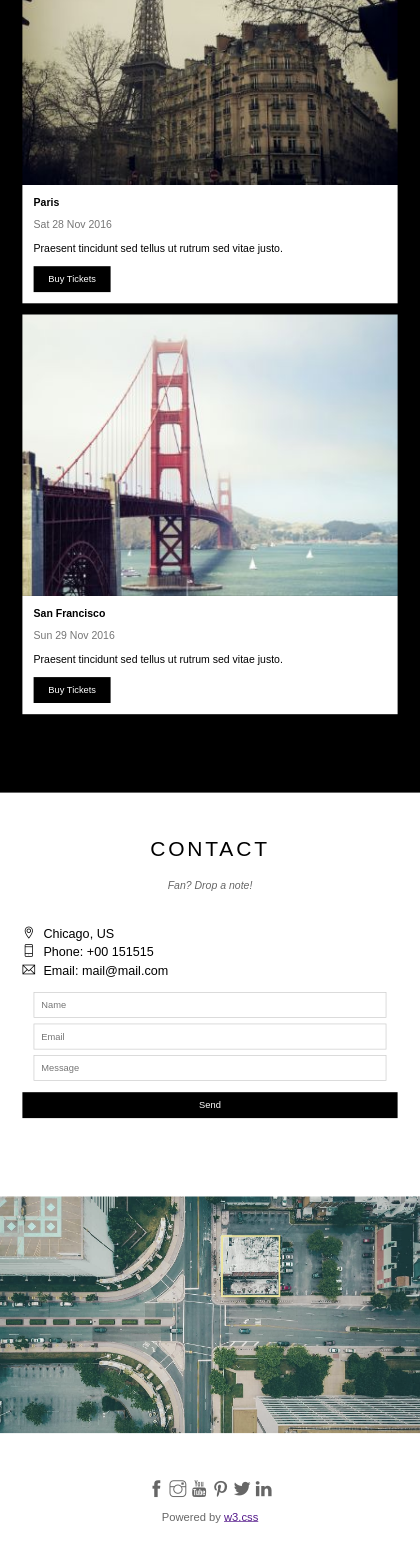
Repository: funboy13/webnew
Page: index.html
The author's editor kept a copy of each file at every save. The page is drawn from the files as they stood at one save, then again after the next save.
The browser window is 600 px wide. The pictures show the part of the page from y = 3116 to 5356 px (the page is 5356 px tall), at 70% of full size.

Above is the page before, as saved 2021-08-21 09:56:50.

### index.html
<!DOCTYPE html>
<html lang="vi">
<head>
    <meta charset="UTF-8">
    <meta http-equiv="X-UA-Compatible" content="IE=edge">
    <meta name="viewport" content="width=device-width, initial-scale=1.0">
    <link rel="stylesheet" href="./assets/css/style.css">
    <link rel="stylesheet" href="./assets/css/responsive.css">
    <link rel="stylesheet" href="./assets/fonts/themify-icons/themify-icons.css">
    <title>W3-webfirst</title>
    <link rel=icon href="assets/img/logo.jpg" sizes="16x16" type="image/png">
</head>
<body>
    <div class="main">
        <div id="header" class="header">
            <ul id="nav">
                <li><a href="#">Home</a></li>
                <li><a href="#band">Band</a></li>
                <li><a href="#tour">Tour</a></li>
                <li><a href="#contact">Contact</a></li>
                <li>
                    <a href="#">
                        More
                        <i class="ti-arrow-circle-down"></i>
                    </a>
                    <ul class="subnav">
                        <li><a href="#">Merchandise</a></li>
                        <li><a href="#">Extras</a></li>
                        <li><a href="#">Media</a></li>
                    </ul>
                </li>
            </ul>
            <!-- search__btn  -->
            <div class="search-btn">
              <i class="ti-search"></i>
            </div>
            <div id="menu-mobile" class="menu__mobile--btn">
                <i class="ti-menu"></i>
            </div>
        </div>

        <div class="slider">
            <div class="text-content">
                <h2 class="text-heading">Chicago</h2>
                <div class="text-noidung"> <b>Thank you, Chicago - A night we won't forget</b>.</div>
            </div>
        </div>

        <div id="content">
            <!-- About -->
            <div id="band" class="content-section">
                <h2 class="section-heading">THE BAND</h2>
                <p class="section-sub-heading">We love music</p>
                <p class="about-text">We have created a fictional band website. Lorem ipsum dolor sit amet, consectetur adipiscing elit, sed do eiusmod tempor incididunt ut labore et dolore magna aliqua. Ut enim ad minim veniam, quis nostrud exercitation ullamco laboris nisi ut aliquip ex ea commodo consequat. Duis aute irure dolor in reprehenderit in voluptate velit esse cillum dolore eu fugiat nulla pariatur. Excepteur sint occaecat cupidatat non proident, sunt in culpa qui officia deserunt mollit anim id est laborum consectetur adipiscing elit, sed do eiusmod tempor incididunt ut labore et dolore magna aliqua. Ut enim ad minim veniam, quis nostrud exercitation ullamco laboris nisi ut aliquip ex ea commodo consequat.</p>
                <div class="row members-list">
                    <div class="member-item col col-third">
                        <p class="members-name">Name</p>
                        <img src="./assets/img/bandmember.jpg" alt="Name" class="menbers-img">
                    </div>
                    <div class="member-item col col-third">
                        <p class="members-name">Name</p>
                        <img src="./assets/img/bandmember.jpg" alt="Name" class="menbers-img">
                    </div>
                    <div class="member-item col col-third">
                        <p class="members-name">Name</p>
                        <img src="./assets/img/bandmember.jpg" alt="Name" class="menbers-img">
                    </div>

                </div>
            </div>

             <!-- Tour -->
             <div id="tour" class="tour-section">
                 <div class="content-section">
                    <h2 class="section-heading text-white">TOUR DATES</h2>
                    <p class="section-sub-heading text-white">Remember to book your tickets! </p>

                    <ul class="tickets-lists">
                        <li>September <span class="sout-out">Sold out</span></li>
                        <li>October <span class="sout-out">Sold out</span></li>
                        <li>November <span class="quantity">3</span></li>
                    </ul>
                    <div class="row place-list">
                        <div class="col col-third mt-16 s-col-ful">
                            <img src="./assets/img/newyork.jpg" alt="Newyork" class="place-img">
                            <div class="place-body">
                                <h3 class="place-heading">New York</h3>
                                <p class="place-time">Fri 27 Nov 2016</p>
                                <p class="place-desc">Praesent tincidunt sed tellus ut rutrum sed vitae justo.</p>
                                <button class="btn js-buy-ticket">Buy Tickets</button>
                            </div>
                        </div>
                            <div class="col col-third mt-16 s-col-ful">
                                <img src="./assets/img/paris.jpg" alt="Paris" class="place-img">
                                <div class="place-body">
                                    <h3 class="place-heading">Paris</h3>
                                    <p class="place-time">Sat 28 Nov 2016</p>
                                    <p class="place-desc">Praesent tincidunt sed tellus ut rutrum sed vitae justo.</p>
                                    <button class="btn js-buy-ticket">Buy Tickets</button>
                                </div>
                            </div>
                                <div class="col col-third mt-16 s-col-ful">
                                    <img src="./assets/img/sanfran.jpg" alt="San Francisco" class="place-img">
                                    <div class="place-body">
                                        <h3 class="place-heading">San Francisco</h3>
                                        <p class="place-time">Sun 29 Nov 2016</p>
                                        <p class="place-desc">Praesent tincidunt sed tellus ut rutrum sed vitae justo.</p>
                                        <button class="btn js-buy-ticket">Buy Tickets</button>
                                    </div>
                                </div>

                    </div>
                 </div>
             </div>

              <!-- Contact -->
              <div id="contact" class="content-section">
                <h2 class="section-heading">CONTACT</h2>
                <p class="section-sub-heading">Fan? Drop a note!</p>
                <div class="row contact-content">
                    <div class="col col-half s-col-ful contact-info">
                        <p><i class="ti-location-pin"></i>Chicago, US</p>
                        <p><i class="ti-mobile"></i>Phone: +00 151515</p>
                        <p><i class="ti-email"></i>Email: mail@mail.com</p>

                    </div>
                    <div class="col col-half s-col-ful contact-form">
                        <form action="">
                            <div class="row">
                                <div class="col col-half s-col-ful">
                                    <input type="text" name="" placeholder="Name" required id="" class="form-control">
                                </div>
                                <div class="col col-half s-col-ful s-mt-8">
                                    <input type="email" name="" placeholder="Email" required id="" class="form-control">
                                </div>
                            </div>
                            <div class="row mt-8">
                                <div class="col col-full">
                                    <input type="text" name="" placeholder="Message" required id="" class="form-control">
                                </div>
                            </div>
                            <input type="submit" class="btn s-ful-width form-submit mt-16" value="Send">
                        </form>
                    </div>
                </div>
             </div>

             <div class="map-section">
                 <img src="./assets/img/map.jpg" alt="map">
             </div>
        </div>

        <div class="footer">
            <div class="socials-list">
                <a href=""><i class="ti-facebook" ></i></a>
                <a href=""><i class="ti-instagram" ></i></a>
                <a href=""><i class="ti-youtube" ></i></a>
                <a href=""><i class="ti-pinterest" ></i></a>
                <a href=""><i class="ti-twitter-alt" ></i></a>
                <a href=""><i class="ti-linkedin" ></i></a>
            </div>
            <p class="copyright">Powered by <a href=""> w3.css</a></p>
        </div>
    </div>
 <!-- modal ticket  -->
    <div class="modal js-modal">
        <div class="modal-container js-modal-container">
            <div class="modal-close js-modal-close">
                <i class="ti-close"></i>
            </div>
            <hearder class="modal-hearder">
                <i class="modal-icon ti-bag"></i>
                Tickets
            </hearder>
            <div class="modal-body">
                <label for="tickket-q" class="modal-label">
                    <i class="ti-shopping-cart"></i>
                    Tickets, $15 per person
                </label>
                <input id="tickket-q" type="text" class="modal-input" placeholder="How many?">

                <label for="tickket-email" class="modal-label">
                    <i class="ti-user"></i>
                    Send To
                </label>
                <input id="tickket-email" type="email" class="modal-input" placeholder="Enter email">
                <button id="buy-tickets">Pay
                    <i class="ti-check"></i>
                </button>
                <footer class="modal-footer">
                    <p class="modal-help">
                        Need <a href="">help?</a>
                    </p>
                </footer>
            </div>
        </div>
    </div>
    <!-- button buy ticket  -->
    <script>
        const buyBtns =document.querySelectorAll('.js-buy-ticket')
        const modal = document.querySelector('.js-modal')
        const modalClose = document.querySelector('.js-modal-close')
        const  modalContainer = document.querySelector('.js-modal-container')

        function showBuyTickets () {
            modal.classList.add('open')
        }

        function hideBuyTickets () {
            modal.classList.remove('open')
        }

        for (const buyBtn of buyBtns) {
            buyBtn.addEventListener('click',  showBuyTickets)
        }

        modalClose.addEventListener('click',  hideBuyTickets )
        modal.addEventListener('click',  hideBuyTickets)
        modalContainer.addEventListener('click', function (event) {
            event.stopPropagation()
        })


    </script>
    <!-- menu__btn  -->
    <script>
        var  header =   document .getElementById('header');
        var  mobileMenu  =   document .getElementById('menu-mobile');
        var headerHeight = header.clientHeight;
        // đóng mở menu
        mobileMenu.onclick = function () {
            var isClose = header.clientHeight === headerHeight ;
            if (isClose) {
                header.style.height = 'auto';
            }else{
                header.style.height = null;
            }
        }
        // tự đóng khi chọn menu
        var menuItems = document.querySelectorAll(' #nav li a[href*="#"]');
        for (var i = 0 ;  i < menuItems.length; i++) {
            var menuItem = menuItems[i];
            menuItem.onclick = function (event) {
                var isParentMenu = this.nextElementSibling && this.nextElementSibling.classList.contains('subnav');
                if(isParentMenu){
                    event.preventDefault();
                }else{
                    header.style.height = null;
                }
            }
        }
    </script>
</body>
</html>

### assets/css/style.css
*{
    padding: 0;
    margin: 0;
    box-sizing: border-box;
}

html{
    scroll-behavior: smooth;
    font-family:Arial, Helvetica, sans-serif ;
}

.clear{
    clear: both;
}

.text-white{
    color: #fff;
}

.row{
    margin-left: 8px;
    margin-right: 8px;
}

.row::after{
    content: "";
    display: block;
    clear: both;
}

.col{
    float: left;
    padding: 0 8px;
}

.col-full{
    width: 100%;
}

.col-half{
    width: 50%;
}

.col-third{
    width:  calc(100% / 3);
}

.mt-8{
    margin-top: 8px !important;
}

.mt-16{
    margin-top: 16px !important;
}

.btn{
    color: #fff;
    background:#000;
    text-decoration: none;
    padding: 11px 21px;
    display: inline-block;
    margin-top: 15px;
    border: none;
}

.btn:hover{
    cursor: pointer;
    color: #000;
    background: #ccc;
}

/* MAIN */
.main{


}

.header{
    position: fixed;
    z-index: 1;
    top:0;
    left:0;
    right: 0;
    height: 46px;
    background-color: #000;
}

#nav{
    display: inline-block;
}

#nav, .subnav{
     list-style-type: none;

}

#nav >li{
    display: inline-block;
}

#nav li{

    position: relative;
}

#nav >li >a{
    color: #fff;
    text-transform: uppercase;

}

#nav li a {

    text-decoration:none;
    line-height: 46px;
    padding: 0 24px;
    display: block;
}

#nav li:hover .subnav{
    display: block;
}

#nav >li:hover >a,
#nav .subnav li:hover a{
    color: #000;
    background-color: #ccc;
}

#nav .subnav{
    display: none;
    min-width: 160px;
    top: 100%;
    left: 0;
    position: absolute;
    background-color: #fff;
    box-shadow: 0 0 10px rgba(0,0, 0, 0.5) ;
}

#nav .subnav a {
    color: #000;
    padding:0 12px;
    line-height: 38px;
}
.header .menu__mobile--btn{
    position: fixed;
    top:0;
    right: 0;
    display:none;
}

.header .menu__mobile--btn,
.header .search-btn{
    line-height: 46px;
    color: #fff;
    float: right;
    padding: 0 21px;
    cursor: pointer;

}
.header .search-btn:hover{
     background-color: #f44336;
}

.header .menu__mobile--btn:hover{
    background-color: #ccc;
    color: #000;
}

.slider{
    margin-top: 46px;
    padding-top: 50%;
    background: url("../img/chicago.jpg") top center / cover no-repeat;
    position: relative;
}

.slider .text-content{
    position: absolute;
    color: #fff;
    bottom: 47px;
    width: 100%;
    text-align: center;
}

.slider .text-heading{
    font-weight: 500;
    font-size: 24px;
}
.slider .text-noidung{
    font-size: 15px;
    margin-top: 25px;
}

#content{
}

#content .content-section{
    width: 800px;
    max-width: 100%;
    padding: 64px 0 112px;
    margin-left: auto;
    margin-right: auto;
    padding-left: 16px;
    padding-right: 16px;
}

#content .section-heading{
    text-align: center;
    font-weight: 500;
    font-size: 30px;
    letter-spacing: 4px;
}
#content .section-sub-heading{
    text-align: center;
    font-size: 15px;
    margin-top: 25px;
    font-style: italic;
    opacity: 0.6;
}

#content .about-text{
    margin-top: 25px;
    font-size: 15px;
    text-align: justify;
    line-height: 1.5;
}

#content .members-list{
    margin-top: 47px;
    text-align: center;
}

#content .members-name{
    font-size: 15px;
}

#content .menbers-img{
    width: 154px;
    margin-top: 15px;
    border-radius: 5px;
}
/* tour */

.tour-section{
    background: #000;
}

.tickets-lists{
    background: #fff;
    margin: 40px 16px;
    list-style: none;
}

.tickets-lists li{
    font-size: 15px;
    padding: 11px 16px;
    border-bottom: 1px solid #ddd;
    color: #757575;
}

.tickets-lists .sout-out{
    background:#f44336 ;
    color: #fff;
    padding: 3px 4px;
    margin-left: 16px;
}

.tickets-lists .quantity{
    float: right;
    width: 24px;
    height: 24px;
    background: #000;
    color: #fff;
    border-radius: 50%;
    text-align: center;
    line-height: 24px;
    margin-top: -2px;
}
.place-list{
    margin-top: 16px;
}

.place-img{
    width: 100%;
    display: block;
}

.place-img:hover{
    opacity: 0.6;
}
.place-body{
    font-size: 15px;
    padding: 16px;
    background-color: #fff;
}
.place-heading{
    font-size: 15px;

}
.place-time{
    margin-top: 15px;
    color: #757575;
}
.place-desc{
    margin-top: 15px;
    line-height: 1.4;
}


/* contact */

.contact-content{
    margin-top: 48px;
}

.contact-info{
    font-size: 18px;
    line-height: 1.5;
}

.contact-info i {
    width:30px;
    display: inline-block;
}

.contact-form{
    font-size: 15px;
}

.contact-form .form-control{
    padding: 10px;
    border: 1px solid #ccc;
    width: 100%;
}

.contact-form .form-submit{
    float: right;
    margin-right: 15px;
}

.map-section img{
    width: 100%;
   filter: grayscale(50%);
}

 .footer{
    padding: 64px 16px;
    text-align: center;
}

.footer .socials-list{
    font-size: 24px;
}

.footer .socials-list a{
    color: rgba(0,0, 0, 0.6);
    text-decoration: none;
}

.footer .socials-list a :hover{
    opacity: 0.4;
}

.footer .copyright{
    color: rgba(0,0, 0, 0.6);
    margin-top: 15px;
}
.modal{
    position: fixed;
    top: 0;
    right: 0;
    bottom: 0;
    left: 0;
    background:rgba(0, 0, 0, 0.4);
    display: none;
    align-items: center;
    justify-content: center;
}

.modal-container{
    background: #fff;
    width: 900px;
    min-height: 200px;
    position: relative;
    max-width: calc(100% - 32px);
    animation: modalFaceIn ease 0.5s;
}

 .modal-hearder{
    background: #009688;
    height: 130px;
    display: flex;
    align-items: center;
    justify-content: center;
    font-size: 30px;
    color: #fff;
}

.modal-icon{
    margin-right: 16px;
}

.modal-close{
    position: absolute;
    right:0;
    top: 0;
    color:#fff;
    padding: 12px;
    cursor: pointer;
    opacity: 0.8;
}
.modal-close:hover{
    opacity: 1;
}

.modal-body{
    padding:16px ;
}

.modal-label{
    display: block;
    font-size: 15px;
    margin-bottom: 12px;
}

.modal-input{
    border: 1px solid #ccc;
    width: 100%;
    padding: 10px;
    font-size: 15px;
    margin-bottom: 24px;
}

#buy-tickets{
    background: #009688;
    border:none;
    color: #fff;
    width: 100%;
    font-size: 15px;
    text-transform: uppercase;
    padding: 18px;
    cursor: pointer;
}

#buy-tickets:hover{
    opacity: 0.9;
}

.modal-footer{
    padding: 16px;
    text-align: right;
}

.modal-footer a{
    color:#2196F3 ;
}

.modal.open {
    display: flex ;
}

@keyframes modalFaceIn {
    from{
        transform: translateY(-200px);
        opacity: 0;
        }
    to{
        transform:translateY(0px);
        opacity: 1;
    }
}

### assets/css/responsive.css
/* mobile  */
@media  (max-width : 740px) {
    .s-ful-width,
    .s-col-ful{
        width: 100%;
    }
    .s-mt-8{
        margin-top: 8px;
    }
    #nav {
        display: block;
    }
    #nav >li{
        display: block;
    }
    #nav >li a{
        padding: 1px 24px;
    }
    #nav> li:first-child {
        display: inline-block;
    }

    #nav .subnav{
        position: initial;
        background-color: #333;
    }
    #nav .subnav a {
        color: #fff;
        padding: 5px 41px;
    }
    .header{
        overflow: hidden;
    }
    .header .menu__mobile--btn{
        display:block;
    }
    .header .search-btn{
        display: none;
    }
    #content .member-item{
        margin-top: 30px;
        width: 100%;
    }
    #content .menbers-img{
        width:60%;
    }
    .contact-form{
        margin-top: 16px;
    }
    .contact-form .form-submit{
        margin-right: auto;
    }
}

Loaded but not shown: assets/fonts/themify-icons/themify-icons.css (common file)

After the next save:
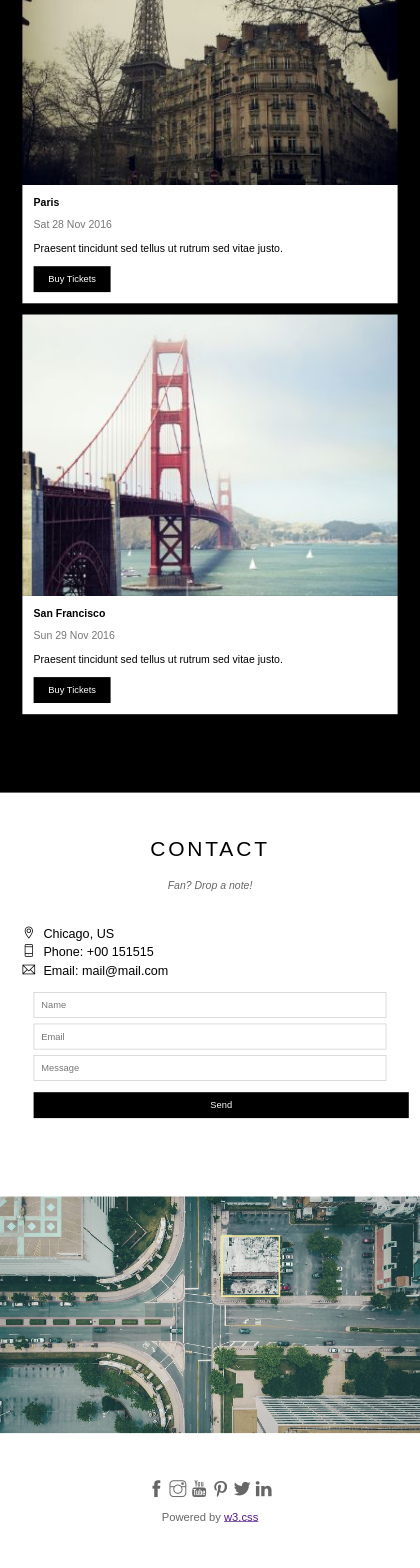
Saved 47 s later.
--- a/assets/css/responsive.css
+++ b/assets/css/responsive.css
@@ -48,6 +48,7 @@
         margin-top: 16px;
     }
     .contact-form .form-submit{
-        margin-right: auto;
+        margin-right: -16px;
+        margin-left: -16px;
     }
 }
